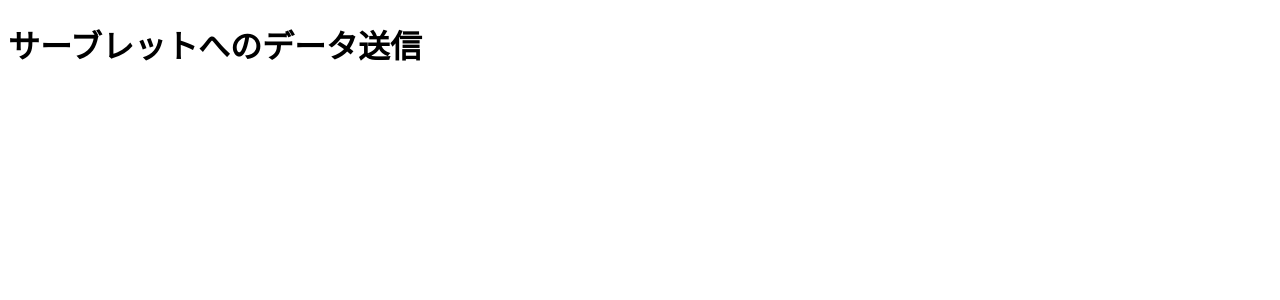
Repository: teamoo24/Java_Servlet_Project
Page: RequestRecvPJ/WebContent/FormSample.html
These files come from the project's save history. The page is drawn as it stood at one moment and after the next save; the edit follows.
The browser window is 1280 px wide. The pictures show the whole page.

Above is the page before, as saved 2019-05-15 13:37:49.

After the next save:
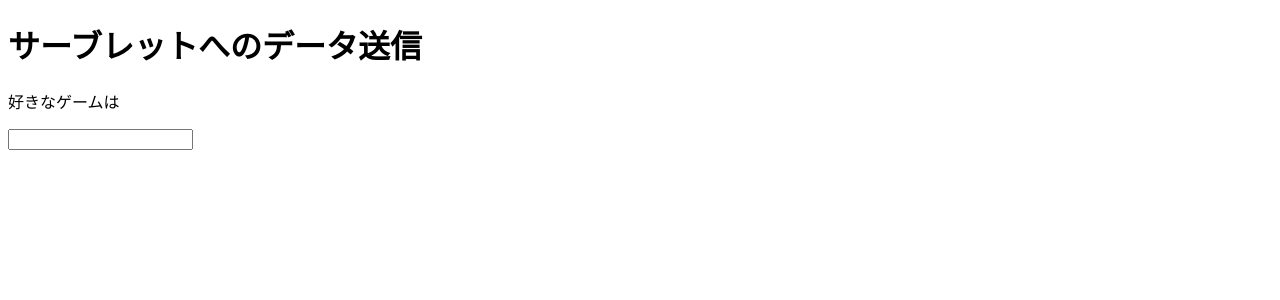
Saved 2 min 8 s later.
--- a/RequestRecvPJ/WebContent/FormSample.html
+++ b/RequestRecvPJ/WebContent/FormSample.html
@@ -6,7 +6,9 @@
 </head>
 <body>
 <h1>サーブレットへのデータ送信</h1>
-<form action="RequestRecv" method="GET>
+<form action="RequestRecv" method="GET">
+<p>好きなゲームは</p>
+<input type="TEXT">
 </form>
 </body>
 </html>
